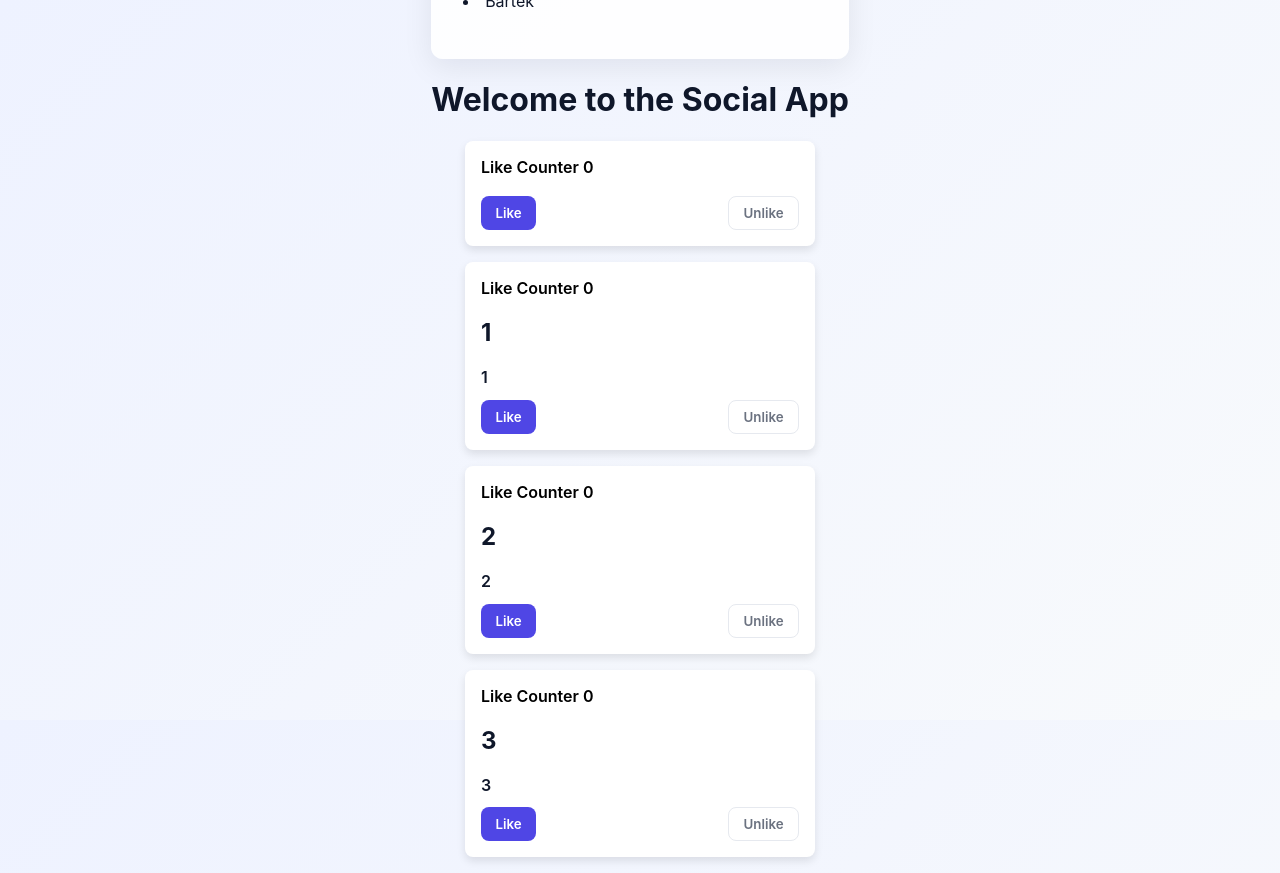
Repository: KrystianTrzy/reactapt
Page: /
The author's editor kept a copy of each file at every save. The page is drawn from the files as they stood at one save, then again after a run of saves.
The browser window is 1280 px wide. The pictures show the whole page.
The project was rebuilt for these pictures with package versions that can differ from the ones it lists, and the page was loaded fresh each time.

Above is the page before, as saved 2025-11-22 09:33:17.

### src/index.js
import React from 'react';
import ReactDOM from 'react-dom/client';
import './index.css';
import App from './components/App/App';
import LikeCounter from './components/App/LikeCounter/LikeCounter';

const root = ReactDOM.createRoot(document.getElementById('root'));
root.render(
  <React.StrictMode>
    <div>
      <App />
      <h1>Welcome to the Social App</h1>
      <LikeCounter />
      <LikeCounter
        title="1"
        description="1"
      />

      <LikeCounter
        title="2"
        description="2"
      />

      <LikeCounter
        title="3"
        description="3"
      />
    </div>
  </React.StrictMode>
);

// If you want to start measuring performance in your app, pass a function
// to log results (for example: reportWebVitals(console.log))
// or send to an analytics endpoint. Learn more: https://bit.ly/CRA-vitals

### src/index.css
:root {
	--bg: #f6f8ff;
	--card: #ffffff;
	--accent: #4f46e5;
	--muted: #6b7280;
	--radius: 12px;
}

* {
	box-sizing: border-box;
}

html, body, #root {
	height: 100%;
}

body {
	margin: 0;
	font-family: Inter, system-ui, -apple-system, 'Segoe UI', Roboto, 'Helvetica Neue', Arial;
	background: linear-gradient(135deg, #eef2ff 0%, #f8fafc 100%);
	color: #0f172a;
	-webkit-font-smoothing: antialiased;
	-moz-osx-font-smoothing: grayscale;
}

#root {
	display: flex;
	align-items: center;
	justify-content: center;
	padding: 2rem;
}

.App {
	width: 100%;
	max-width: 920px;
	background: rgba(255,255,255,0.9);
	border-radius: var(--radius);
	box-shadow: 0 8px 30px rgba(2,6,23,0.08);
	padding: 2rem;
}

ul {
	padding-left: 1.1rem;
}

button {
	font-family: inherit;
}

### src/components/App/App.js
import LikeCounter from './LikeCounter/LikeCounter';

function App() {
  const name = "Krystian";
  const names =['Adrian', 'Maciek', 'Pawel', 'Bartek'];
  return (
    <>
      <div className="App">
          <p>
            {name.length > 4 ? name : 'Hello firends'}
          </p>
          <p> {names.map((name) => <li key={name}>{name}</li>) }</p>
      </div>
    </>
  );
}

export default App;

### src/components/App/LikeCounter/LikeCounter.js
import React, { useState } from 'react'
import './LikeCounter.css'

function LikeCounter({ title, description }) {
    const [likes, setLikes] = useState(0);
    const handleLike = () => {
        setLikes(likes + 1);
    };

    const handleUnlike = () => {
        if (likes > 0) {
            setLikes(likes - 1);
        }
    };

    return (
        <div className="post">
            <p style={{ color: likes > 0 ? 'blue' : 'black' }}>Like Counter {likes}</p>
            <h2>{title}</h2>
            <p>{description}</p>
            <div className="actions">
                <button onClick={handleLike}>Like</button>
                <button onClick={handleUnlike}>Unlike</button>
            </div>
        </div>
    )
}

export default LikeCounter;

### src/components/App/LikeCounter/LikeCounter.css
.post {
    box-shadow: 0 4px 8px rgba(0, 0, 0, 0.1);
    padding: 1rem;
    width: 350px;
    border-radius: 0.5rem;
}

.actions {
    display: flex;
    flex-direction: row;
    justify-content: space-between;
}

.post {
    background: var(--card);
    margin: 1rem auto;
    color: #0f172a;
}

.post p {
    margin: 0 0 0.8rem 0;
    font-weight: 600;
}

.actions button {
    padding: 0.5rem 0.9rem;
    border-radius: 8px;
    border: none;
    cursor: pointer;
    font-weight: 600;
}

.actions button:first-child {
    background: var(--accent);
    color: white;
}

.actions button:last-child {
    background: transparent;
    color: var(--muted);
    border: 1px solid #e6e9ef;
}

.actions button:hover {
    transform: translateY(-1px);
}

Loaded but not shown: public/index.html (common file)

After the next 2 saves:
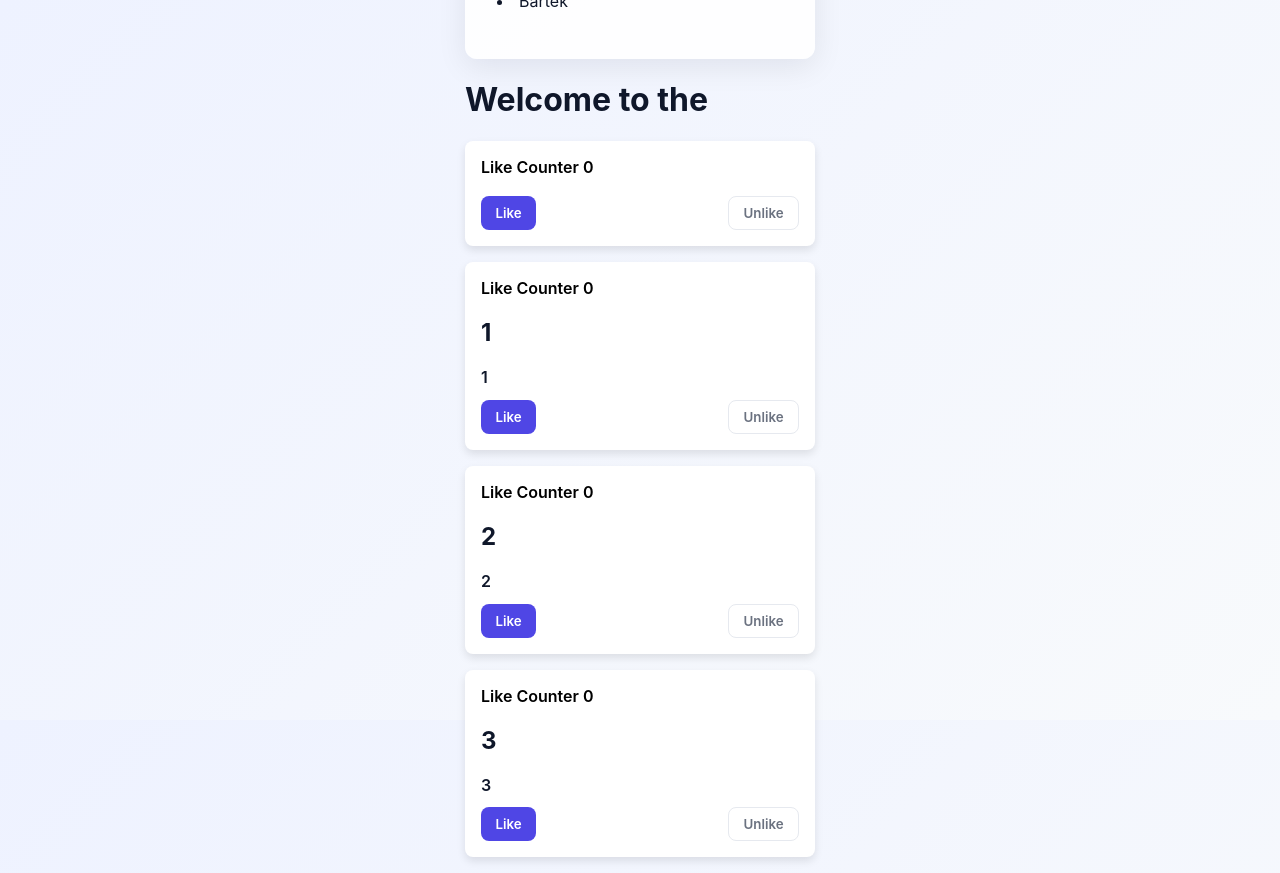
The 2 saves are shown as one change because they came seconds apart.
The last was saved 14 s later.
--- a/src/index.js
+++ b/src/index.js
@@ -9,7 +9,7 @@ root.render(
   <React.StrictMode>
     <div>
       <App />
-      <h1>Welcome to the Social App</h1>
+      <h1>Welcome to the </h1>
       <LikeCounter />
       <LikeCounter
         title="1"
